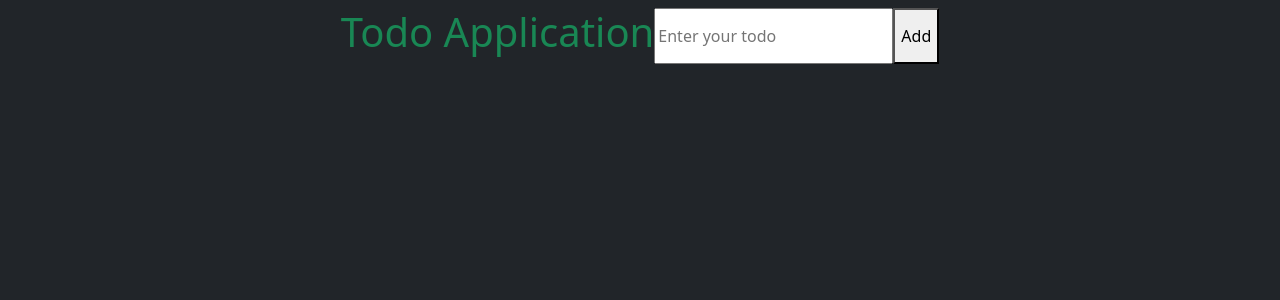
Repository: Alphosmart/param
Page: todo.html
An editor plug-in stored every save of this project. The page is shown before and after the next save, followed by the edit.
The browser window is 1280 px wide. The pictures show the whole page.

Above is the page before, as saved 2024-07-01 08:38:18.

### todo.html
<!DOCTYPE html>
<html lang="en">
  <head>
    <meta charset="UTF-8" />
    <meta name="viewport" content="width=device-width, initial-scale=1.0" />
    <title>Todo</title>
    <link rel="stylesheet" href="style.css" />
    <link
      href="https://cdn.jsdelivr.net/npm/bootstrap@5.3.3/dist/css/bootstrap.min.css"
      rel="stylesheet"
      integrity="sha384-QWTKZyjpPEjISv5WaRU9OFeRpok6YctnYmDr5pNlyT2bRjXh0JMhjY6hW+ALEwIH"
      crossorigin="anonymous"
    />
  </head>

  <body class="bg-dark text-success">
    <div class="d-flex justify-content-center allign-items-center mt-2">
      <h1>Todo Application</h1>
      <input type="text" placeholder="Enter your todo" id="todo" />
      <button onclick="addTodo()">Add</button>
      <div id="showFace"></div>
    </div>

    <script src="script.js"></script>
  </body>
</html>

### style.css
.btnDelete {
    border: none;
    border-radius: 10%;
    padding: 10px;
    text-align: center;
    background-color: #ff0000;
    color: #fff;
}

### script.js
'use strict';

var allTodos = [];

function addTodo() {
  var inputs = document.getElementById('todo').value;
  if (inputs !== '') {
    allTodos.push(inputs);
    console.log(allTodos);
    document.getElementById('todo').value = '';
    displayTodo();
  } else {
    alert('Please enter something.');
  }
}

function displayTodo() {
  showFace.innerHTML = '';
  for (var i = 0; i < allTodos.length; i++) {
    showFace.innerHTML += `
      <h3>${i + 1}. ${allTodos[i]}</h3>
      <button class='btnDelete' onclick="deleteTodo(${i})">Delete</button>
      <button onclick="editTodo(${i})" style="color: orangered">Edit</button>
    `;
  }
}

function deleteTodo(index) {
  var confirmDelete = confirm('Are you sure you want to delete this item?');
  if (confirmDelete) {
    allTodos.splice(index, 1);
    displayTodo();
  }
}

function editTodo(index) {
  var newTodo = prompt('Edit your todo:', allTodos[index]);
  if (newTodo !== null && newTodo !== '') {
    allTodos[index] = newTodo;
    displayTodo();
  } else if (newTodo === '') {
    alert('The input cannot be empty.');
  }
}

After the next save:
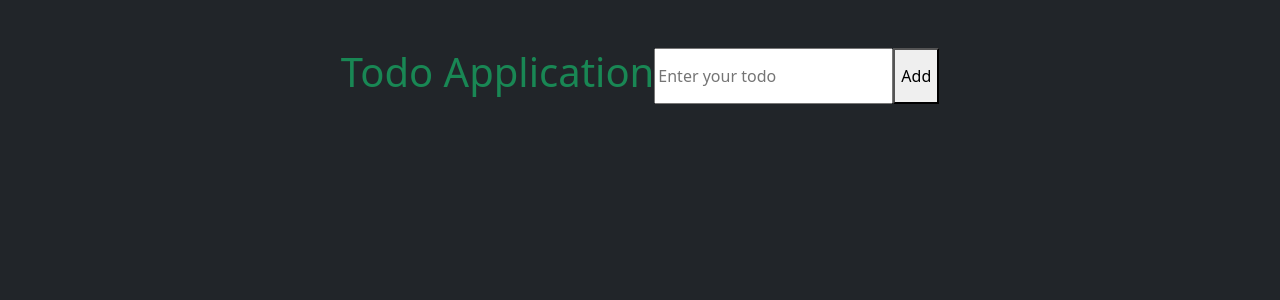
Saved 6 s later.
--- a/todo.html
+++ b/todo.html
@@ -14,7 +14,7 @@
   </head>
 
   <body class="bg-dark text-success">
-    <div class="d-flex justify-content-center allign-items-center mt-2">
+    <div class="d-flex justify-content-center allign-items-center mt-5">
       <h1>Todo Application</h1>
       <input type="text" placeholder="Enter your todo" id="todo" />
       <button onclick="addTodo()">Add</button>
